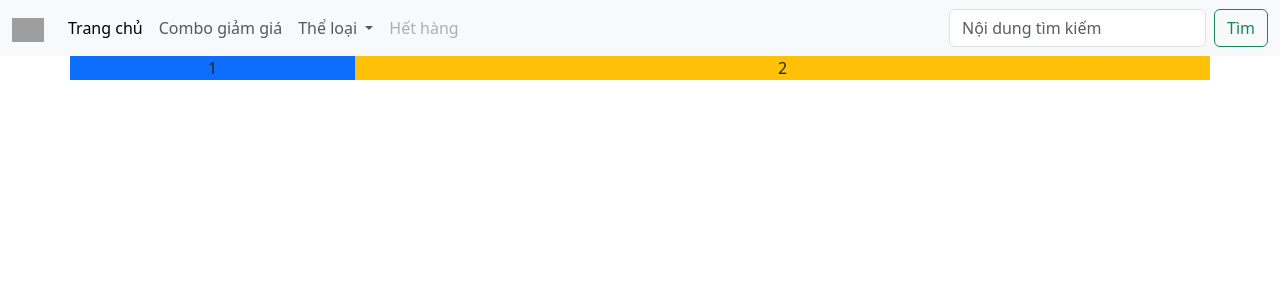
Repository: vnmk1/jsp_servlet-tutorials
Page: Bai4_Bootstrap/src/main/webapp/index.html
The author's editor kept a copy of each file at every save. The page is drawn from the files as they stood at one save, then again after the next save.
The browser window is 1280 px wide. The pictures show the whole page.
Pictures or frames that could not be fetched are drawn as grey boxes.

Above is the page before, as saved 2023-07-17 08:48:22.

### Bai4_Bootstrap/src/main/webapp/index.html
<!DOCTYPE html>
<html>
<head>
<meta charset="UTF-8">
<title>Ví dụ Bootstrap</title>
<link href="https://cdn.jsdelivr.net/npm/bootstrap@5.3.0/dist/css/bootstrap.min.css" rel="stylesheet" integrity="sha384-9ndCyUaIbzAi2FUVXJi0CjmCapSmO7SnpJef0486qhLnuZ2cdeRhO02iuK6FUUVM" crossorigin="anonymous">
<script src="https://cdn.jsdelivr.net/npm/@popperjs/core@2.11.8/dist/umd/popper.min.js" integrity="sha384-I7E8VVD/ismYTF4hNIPjVp/Zjvgyol6VFvRkX/vR+Vc4jQkC+hVqc2pM8ODewa9r" crossorigin="anonymous"></script>
<script src="https://cdn.jsdelivr.net/npm/bootstrap@5.3.0/dist/js/bootstrap.min.js" integrity="sha384-fbbOQedDUMZZ5KreZpsbe1LCZPVmfTnH7ois6mU1QK+m14rQ1l2bGBq41eYeM/fS" crossorigin="anonymous"></script>
</head>
<body>
<!-- Navbar -->
	<nav class="navbar navbar-expand-lg bg-body-tertiary">
	  <div class="container-fluid">
	    <a class="navbar-brand" href="#">
	      <img src="https://titv.vn/wp-content/uploads/2022/08/Screenshot-2023-01-29-230321.png" alt="Bootstrap" height="24">
	    </a>
	    <button class="navbar-toggler" type="button" data-bs-toggle="collapse" data-bs-target="#navbarSupportedContent" aria-controls="navbarSupportedContent" aria-expanded="false" aria-label="Toggle navigation">
	      <span class="navbar-toggler-icon"></span>
	    </button>
	    <div class="collapse navbar-collapse" id="navbarSupportedContent">
	      <ul class="navbar-nav me-auto mb-2 mb-lg-0">
	        <li class="nav-item">
	          <a class="nav-link active" aria-current="page" href="#">Trang chủ</a>
	        </li>
	        <li class="nav-item">
	          <a class="nav-link" href="#">Combo giảm giá</a>
	        </li>
	        <li class="nav-item dropdown">
	          <a class="nav-link dropdown-toggle" href="#" role="button" data-bs-toggle="dropdown" aria-expanded="false">
	            Thể loại
	          </a>
	          <ul class="dropdown-menu">
	            <li><a class="dropdown-item" href="#">Quần Jean</a></li>
	            <li><a class="dropdown-item" href="#">Áo Thung</a></li>
	            <li><hr class="dropdown-divider"></li>
	            <li><a class="dropdown-item" href="#">Áo sơ mi</a></li>
	          </ul>
	        </li>
	        <li class="nav-item">
	          <a class="nav-link disabled">Hết hàng</a>
	        </li>
	      </ul>
	      <form class="d-flex" role="search">
	        <input class="form-control me-2" type="search" placeholder="Nội dung tìm kiếm" aria-label="Search">
	        <button class="btn btn-outline-success" type="submit">Tìm</button>
	      </form>
	    </div>
	  </div>
	</nav>
<!-- End -->

<!-- Page content -->
<div class="container text-center">
	<div class="row">
		<div class="col-lg-3 bg-primary">
	      1
	    </div>
	    <div class="col-lg-9 bg-warning">
	      2
	</div>
</div>

<!-- End -->
</body>
</html>

After the next save:
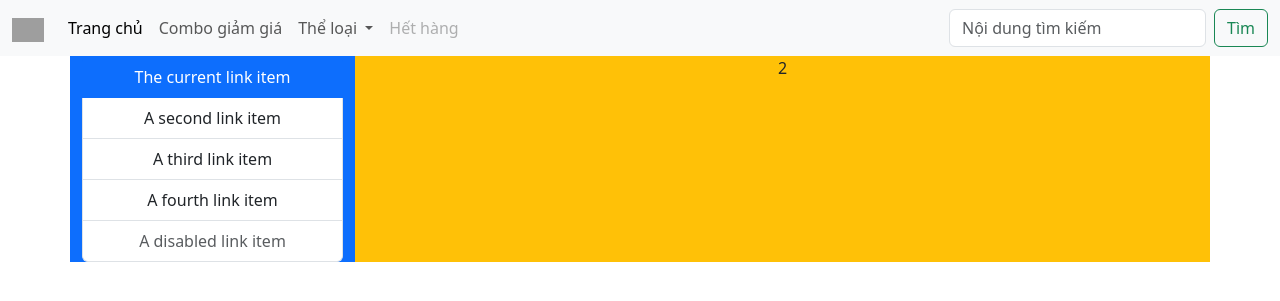
Saved 2 min 17 s later.
--- a/Bai4_Bootstrap/src/main/webapp/index.html
+++ b/Bai4_Bootstrap/src/main/webapp/index.html
@@ -53,7 +53,15 @@
 <div class="container text-center">
 	<div class="row">
 		<div class="col-lg-3 bg-primary">
-	      1
+			<div class="list-group">
+			  <a href="#" class="list-group-item list-group-item-action active" aria-current="true">
+			    The current link item
+			  </a>
+			  <a href="#" class="list-group-item list-group-item-action">A second link item</a>
+			  <a href="#" class="list-group-item list-group-item-action">A third link item</a>
+			  <a href="#" class="list-group-item list-group-item-action">A fourth link item</a>
+			  <a class="list-group-item list-group-item-action disabled">A disabled link item</a>
+			</div>
 	    </div>
 	    <div class="col-lg-9 bg-warning">
 	      2
